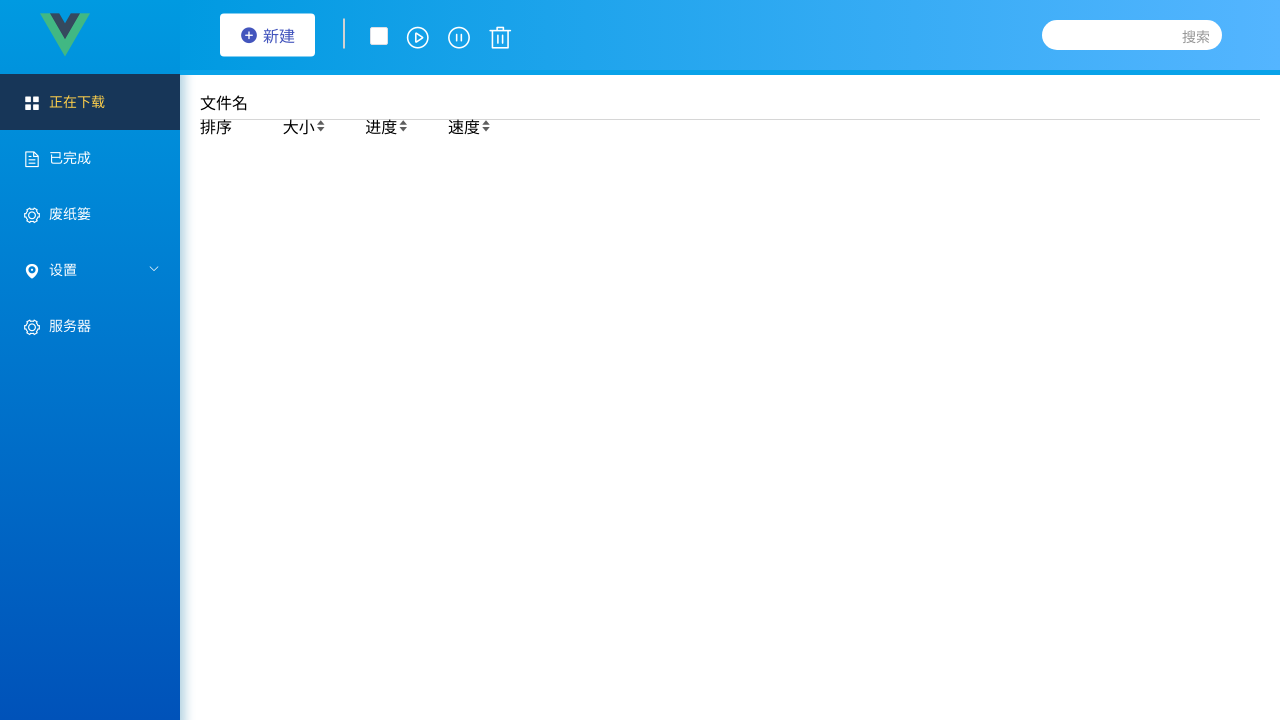
Repository: Ahui-qn/Aria2
Page: /
The author's editor kept a copy of each file at every save. The page is drawn from the files as they stood at one save, then again after the next save.
The browser window is 1280 px wide. The pictures show the whole page.
The page's requests for data from a server got no answer. The project was rebuilt for these pictures with package versions that can differ from the ones it lists, and the page was loaded fresh each time. No one was signed in, and anything a server would have sent is missing. Also part of the build but not shown: src/components/Tables.vue.

Above is the page before, as saved 2021-11-03 11:30:59.

After the next save:
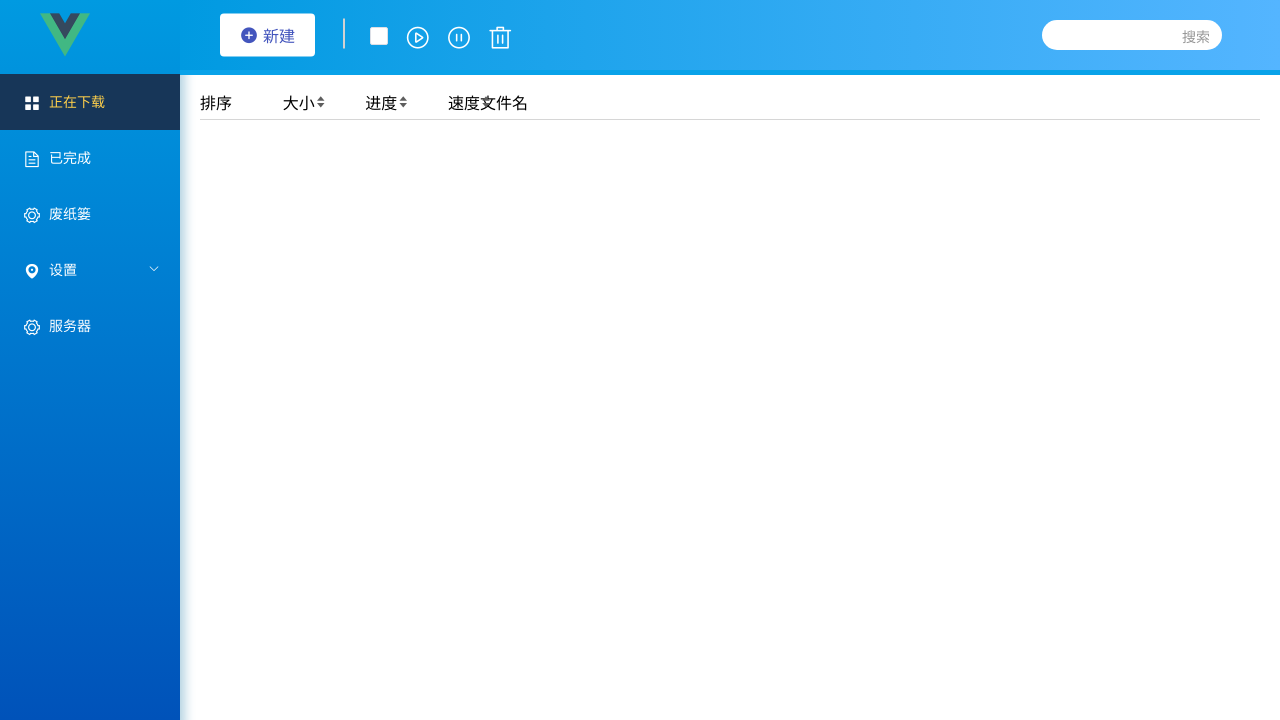
Saved 13 s later.
--- a/src/components/Header.vue
+++ b/src/components/Header.vue
@@ -6,9 +6,10 @@
         height: 30px;
         border-bottom: 1px rgba(198, 198, 198, 0.715) solid;
         div.container {
+            float: left;
 
-
-
+            top: 0;
+            left: 20px;
             display: flex;
             width: 280px;
             justify-content: space-between;
